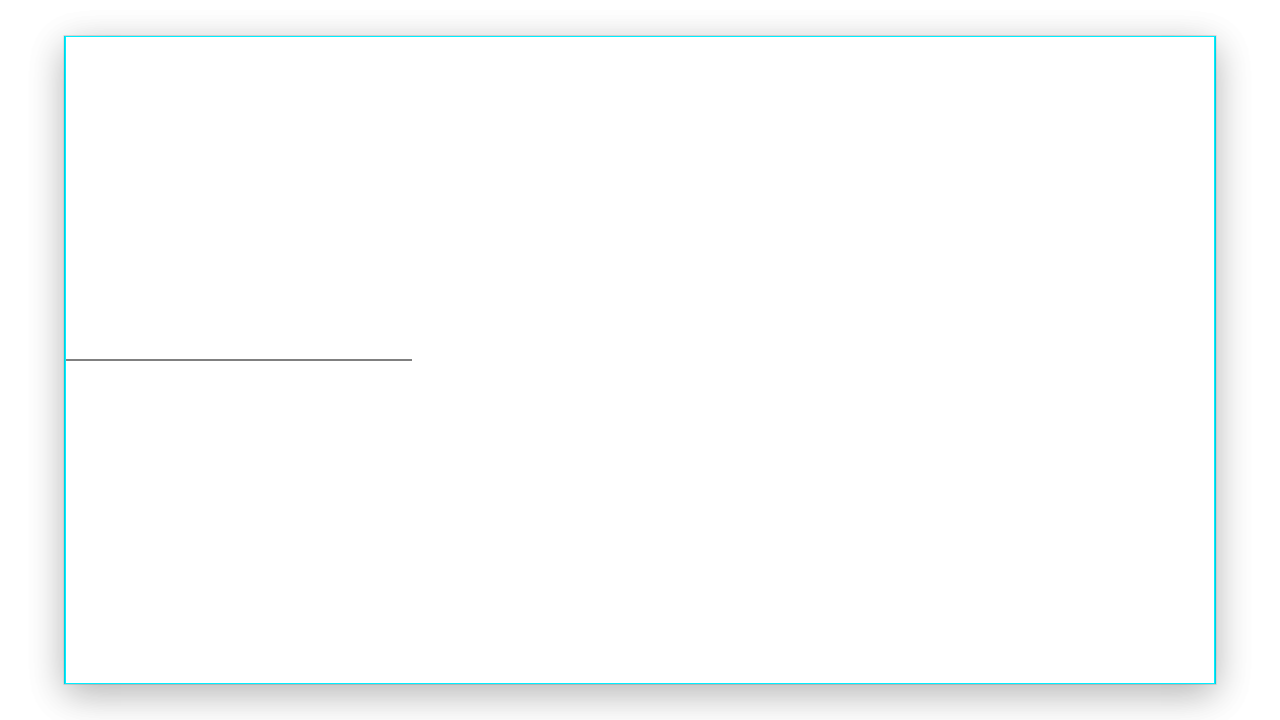
Repository: swastikjhacoder/mern-chat-frontend-only
Page: /
The author's editor kept a copy of each file at every save. The page is drawn from the files as they stood at one save, then again after the next save.
The browser window is 1280 px wide. The pictures show the whole page.
The project was rebuilt for these pictures with package versions that can differ from the ones it lists, and the page was loaded fresh each time. Also part of the build but not shown: src/components/loginSignup/Login.jsx. Imported but missing from the stored project, and not drawn on this page: src/components/loginSignup/SignUp.

Above is the page before, as saved 2023-09-21 17:03:56.

After the next save:
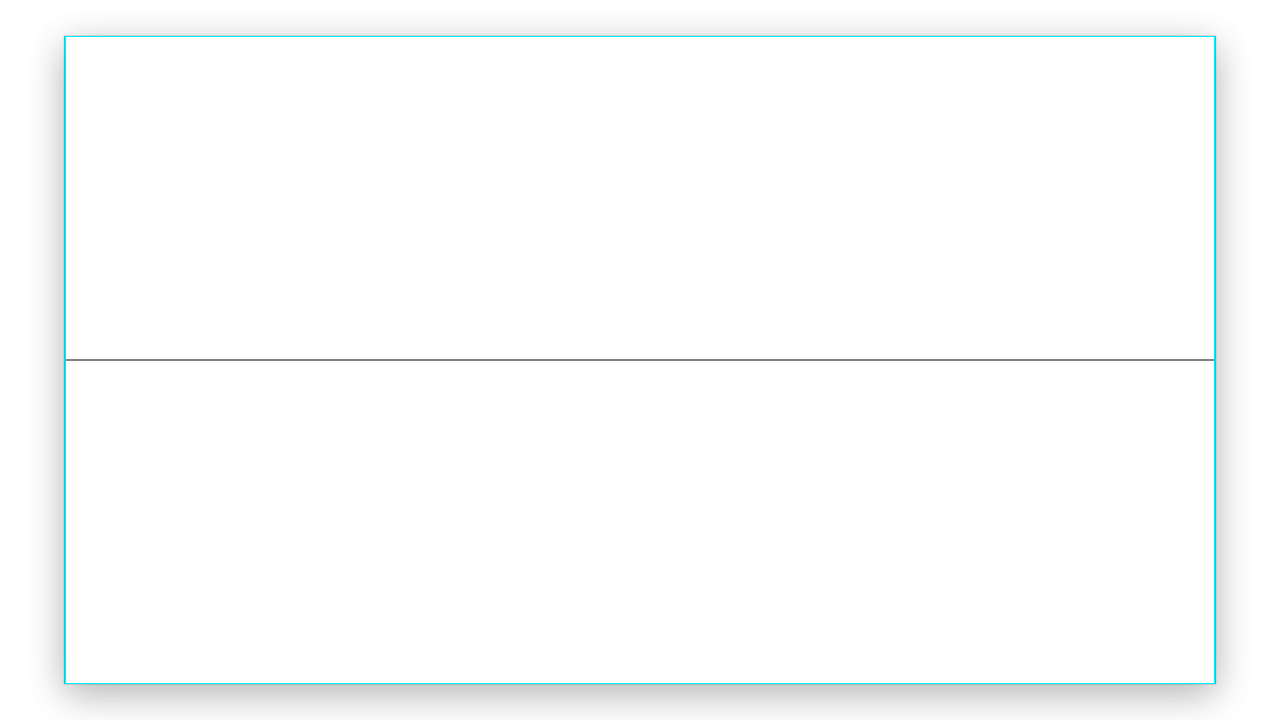
Saved 7 s later.
--- a/src/index.css
+++ b/src/index.css
@@ -47,4 +47,5 @@ body {
 .right-sidebar-container {
   flex: 0.7;
   background-color: blue;
+  border: 1px solid gray;
 }
